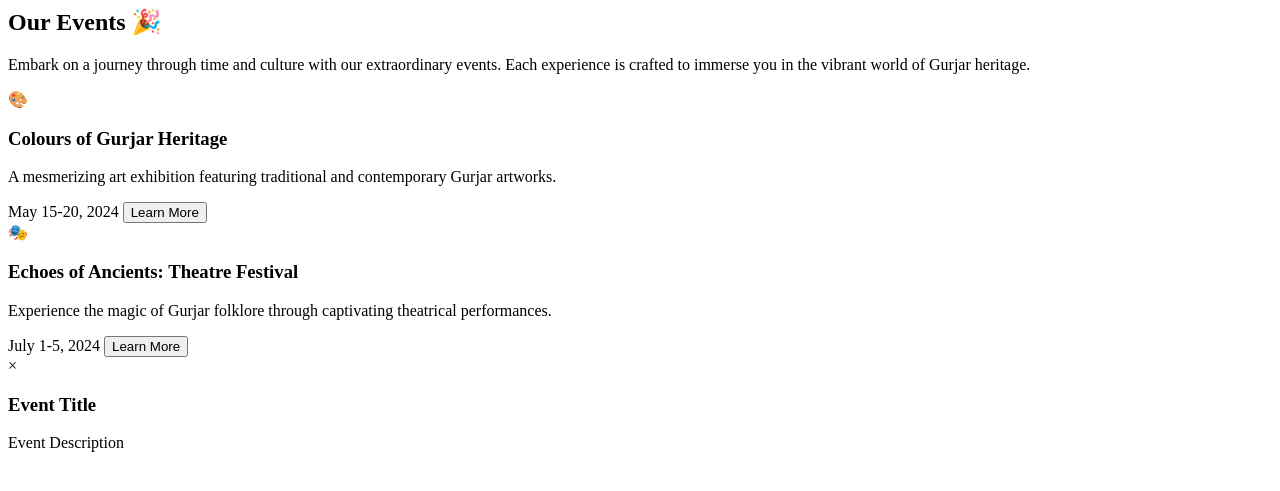
Repository: thegurjararyan/website-master
Page: components/events/events.html
The author's editor kept a copy of each file at every save. The page is drawn from the files as they stood at one save, then again after the next save.
The browser window is 1280 px wide. The pictures show the whole page.

Above is the page before, as saved 2024-10-15 22:59:48.

### components/events/events.html
<!-- components/events/events.html -->
<section id="events" class="events-section">
    <h2 class="text-4xl md:text-5xl lg:text-6xl font-bold mb-8">Our Events 🎉</h2>
    <p class="text-base md:text-lg lg:text-xl mb-12 max-w-3xl mx-auto">Embark on a journey through time and culture with our extraordinary events. Each experience is crafted to immerse you in the vibrant world of Gurjar heritage.</p>
    <div class="timeline">
        <div class="timeline-item left">
            <div class="icon">🎨</div>
            <div class="content">
                <h3>Colours of Gurjar Heritage</h3>
                <p>A mesmerizing art exhibition featuring traditional and contemporary Gurjar artworks.</p>
                <span class="text-sm text-gray-600">May 15-20, 2024</span>
                <button class="mt-4 bg-primary-color text-white px-4 py-2 rounded" onclick="openModal('Colours of Gurjar Heritage', 'A mesmerizing art exhibition featuring traditional and contemporary Gurjar artworks. Witness the evolution of our artistic legacy through vivid canvases and intricate sculptures.')">Learn More</button>
            </div>
        </div>
        <div class="timeline-item right">
            <div class="icon">🎭</div>
            <div class="content">
                <h3>Echoes of Ancients: Theatre Festival</h3>
                <p>Experience the magic of Gurjar folklore through captivating theatrical performances.</p>
                <span class="text-sm text-gray-600">July 1-5, 2024</span>
                <button class="mt-4 bg-primary-color text-white px-4 py-2 rounded" onclick="openModal('Echoes of Ancients: Theatre Festival', 'Experience the magic of Gurjar folklore through captivating theatrical performances. From epic tales to heartwarming stories, our stage comes alive with the spirit of our ancestors.')">Learn More</button>
            </div>
        </div>
        <!-- Add more timeline items as needed -->
    </div>
</section>

<div class="modal" id="eventModal">
    <div class="modal-content">
        <span class="modal-close" onclick="closeModal()">&times;</span>
        <h3 id="modalTitle">Event Title</h3>
        <p id="modalDescription">Event Description</p>
    </div>
</div>

After the next save:
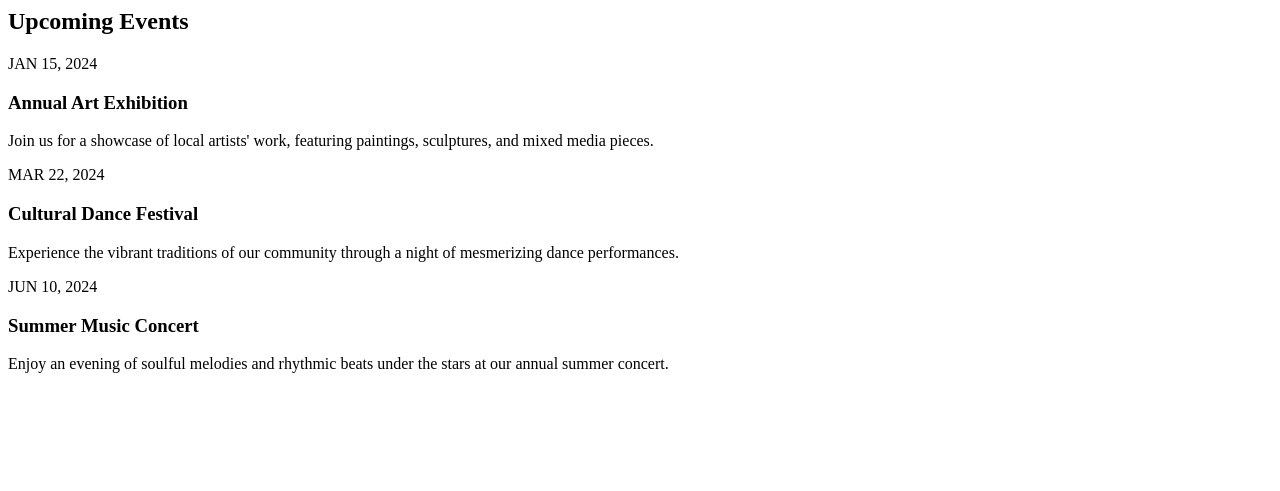
Saved 16 s later.
--- a/components/events/events.html
+++ b/components/events/events.html
@@ -1,34 +1,26 @@
-<!-- components/events/events.html -->
-<section id="events" class="events-section">
-    <h2 class="text-4xl md:text-5xl lg:text-6xl font-bold mb-8">Our Events 🎉</h2>
-    <p class="text-base md:text-lg lg:text-xl mb-12 max-w-3xl mx-auto">Embark on a journey through time and culture with our extraordinary events. Each experience is crafted to immerse you in the vibrant world of Gurjar heritage.</p>
-    <div class="timeline">
-        <div class="timeline-item left">
-            <div class="icon">🎨</div>
-            <div class="content">
-                <h3>Colours of Gurjar Heritage</h3>
-                <p>A mesmerizing art exhibition featuring traditional and contemporary Gurjar artworks.</p>
-                <span class="text-sm text-gray-600">May 15-20, 2024</span>
-                <button class="mt-4 bg-primary-color text-white px-4 py-2 rounded" onclick="openModal('Colours of Gurjar Heritage', 'A mesmerizing art exhibition featuring traditional and contemporary Gurjar artworks. Witness the evolution of our artistic legacy through vivid canvases and intricate sculptures.')">Learn More</button>
+<section id="events" class="py-20 bg-gradient-to-r from-gray-100 to-white overflow-hidden">
+    <div class="container mx-auto px-4">
+        <h2 class="text-4xl md:text-5xl font-bold text-center mb-16 text-primary-color">Upcoming Events</h2>
+
+        <div class="timeline-container">
+            <div class="timeline-track">
+                <div class="timeline-event">
+                    <div class="event-date">JAN 15, 2024</div>
+                    <h3 class="event-title">Annual Art Exhibition</h3>
+                    <p class="event-description">Join us for a showcase of local artists' work, featuring paintings, sculptures, and mixed media pieces.</p>
+                </div>
+                <div class="timeline-event">
+                    <div class="event-date">MAR 22, 2024</div>
+                    <h3 class="event-title">Cultural Dance Festival</h3>
+                    <p class="event-description">Experience the vibrant traditions of our community through a night of mesmerizing dance performances.</p>
+                </div>
+                <div class="timeline-event">
+                    <div class="event-date">JUN 10, 2024</div>
+                    <h3 class="event-title">Summer Music Concert</h3>
+                    <p class="event-description">Enjoy an evening of soulful melodies and rhythmic beats under the stars at our annual summer concert.</p>
+                </div>
+                <!-- Add more events as needed -->
             </div>
         </div>
-        <div class="timeline-item right">
-            <div class="icon">🎭</div>
-            <div class="content">
-                <h3>Echoes of Ancients: Theatre Festival</h3>
-                <p>Experience the magic of Gurjar folklore through captivating theatrical performances.</p>
-                <span class="text-sm text-gray-600">July 1-5, 2024</span>
-                <button class="mt-4 bg-primary-color text-white px-4 py-2 rounded" onclick="openModal('Echoes of Ancients: Theatre Festival', 'Experience the magic of Gurjar folklore through captivating theatrical performances. From epic tales to heartwarming stories, our stage comes alive with the spirit of our ancestors.')">Learn More</button>
-            </div>
-        </div>
-        <!-- Add more timeline items as needed -->
     </div>
 </section>
-
-<div class="modal" id="eventModal">
-    <div class="modal-content">
-        <span class="modal-close" onclick="closeModal()">&times;</span>
-        <h3 id="modalTitle">Event Title</h3>
-        <p id="modalDescription">Event Description</p>
-    </div>
-</div>
